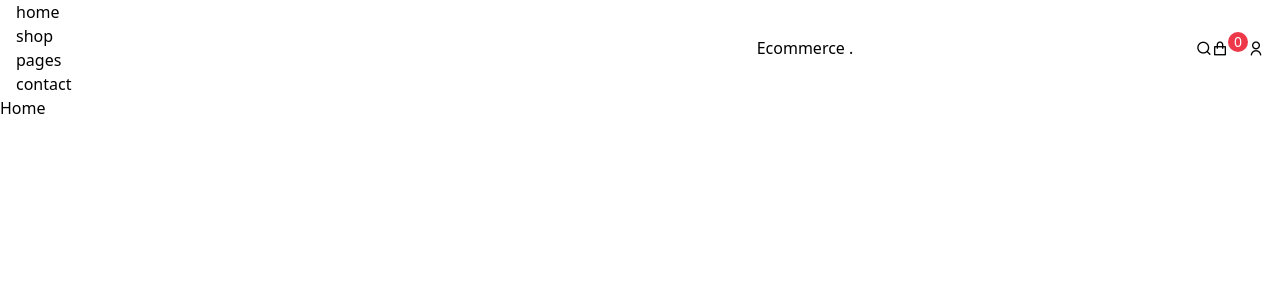
Repository: kommisetti23456/front-code
Page: /
The author's editor kept a copy of each file at every save. The page is drawn from the files as they stood at one save, then again after the next save.
The browser window is 1280 px wide. The pictures show the whole page.
The project was rebuilt for these pictures with package versions that can differ from the ones it lists, and the page was loaded fresh each time. Also part of the build but not shown: vite.config.js.

Above is the page before, as saved 2024-10-27 09:29:16.

### index.html
<!doctype html>
<html lang="en">
  <head>
    <meta charset="UTF-8" />
    <link rel="icon" type="image/svg+xml" href="/fav-icon.png" />
    <meta name="viewport" content="width=device-width, initial-scale=1.0" />
    <title>Mern Stack E-Commerce project</title>
  </head>
  <body>
    <div id="root"></div>
    <script type="module" src="/src/main.jsx"></script>
  </body>
</html>

### src/main.jsx
 // src/index.js or src/main.jsx
import { StrictMode } from 'react';
import { createRoot } from 'react-dom/client';
import './index.css';
import 'remixicon/fonts/remixicon.css';
import { RouterProvider } from 'react-router-dom';
import router from './routes/router.jsx';
import { Provider } from 'react-redux';
import store from './redux/store'; // // Use default import without curly braces

createRoot(document.getElementById('root')).render(
  <Provider store={store}>
    <RouterProvider router={router} />
  </Provider>
);

### src/routes/router.jsx
import React from 'react';
import { createBrowserRouter } from 'react-router-dom';
import App from '../App';
import Home from '../pages/Home';
// import CategoryPage from '../pages/CategoryPage';
// import Search from '../pages/Search';
// import Shop from '../pages/Shop';
// import Single from '../pages/Single';
// import Login from '../pages/Login';
// import Register from '../pages/Register';

const router = createBrowserRouter([
    {
        path: '/',
        element: <App />, // Main app component
        children: [
            {
                path: '/',
                element: <Home />, // Home component for the root path
            },
            // {
            //     path: '/categories/:categoryName',
            //     element: <CategoryPage />, // Matches category page
            // },
            // {
            //     path: '/search',
            //     element: <Search />,
            // },
            // {
            //     path: '/shop',
            //     element: <Shop />,
            // },
            // {
            //     path: '/shop/:id',
            //     element: <Single />,
            // },
        ],
    },
    // {
    //     path: '/login',
    //     element: <Login />,
    // },
    // {
    //     path: '/register',
    //     element: <Register />,
    // },
]);

export default router;

### src/redux/store.jsx
import { configureStore } from '@reduxjs/toolkit';
import cartReducer from './features/cartSlice'; // Adjust the path as needed

const store = configureStore({
  reducer: {
    cart: cartReducer,
    // You can add more reducers here if you have other slices
  },
});

export default store;

### src/App.jsx
 import React from 'react'
import Navbar from './components/Navbar'
import { Outlet } from 'react-router-dom'

 const App = () => {
   return (
    <>
    <Navbar/>
    <Outlet/>
    </>
   )
 }

 export default App

### src/pages/Home.jsx
 import React from 'react'

 const Home = () => {
   return (
     <div>Home</div>
   )
 }

 export default Home

### src/redux/features/cartSlice.jsx
import { createSlice } from '@reduxjs/toolkit';

const initialState = {
  items: [],
  totalQuantity: 0,
};

const cartSlice = createSlice({
  name: 'cart',
  initialState,
  reducers: {
    addToCart: (state, action) => { // Renamed here
      const existingItem = state.items.find(item => item.id === action.payload.id);
      if (existingItem) {
        existingItem.quantity += action.payload.quantity;
      } else {
        state.items.push({ ...action.payload });
      }
      state.totalQuantity += action.payload.quantity;
    },
    removeItem: (state, action) => {
      const existingItem = state.items.find(item => item.id === action.payload.id);
      if (existingItem) {
        state.totalQuantity -= existingItem.quantity;
        state.items = state.items.filter(item => item.id !== action.payload.id);
      }
    },
    clearCart: (state) => {
      state.items = [];
      state.totalQuantity = 0;
    },
    updateItemQuantity: (state, action) => {
      const existingItem = state.items.find(item => item.id === action.payload.id);
      if (existingItem) {
        const quantityDifference = action.payload.quantity - existingItem.quantity;
        existingItem.quantity = action.payload.quantity;
        state.totalQuantity += quantityDifference;
      }
    },
  },
});

// Export actions as named exports
export const { addToCart, removeItem, clearCart, updateItemQuantity } = cartSlice.actions;

// Export reducer as the default export
export default cartSlice.reducer;

### src/components/Navbar.jsx
  import React from 'react'
  import {Link} from "react-router-dom"

  const Navbar = () => {
    return (
    <header className='fixed-nav-bar w-nav'>
      <nav className="max-w-screen-2xl mx-auto px-4 flex justify-between items-center">

        <ul className='nav__links'>
          <li className='links'><Link to="/">
          home
          </Link></li>
          <li className='links'><Link to="/shop">
          shop
          </Link></li>
          <li className='links'><Link to="/">
          pages
          </Link></li>
          <li className='links'><Link to="/contact">
          contact
          </Link></li>
        </ul>
        <div className='nav__logo'>
        </div>
<Link to="/">Ecommerce <span>.</span></Link>
<div className='nav__icons relative'>
<span>
  <Link to="/search">
  <i className="ri-search-line"></i></Link>
</span>
<span>
  <button className='hover:text-primary'>
  <i class="ri-shopping-bag-line"></i>
  <sup className='text-sm inline-block px-1.5 text-white rounded-full bg-primary text-center'>0</sup>
  </button>
  </span>
  <span>
    <Link to="/login">
    <i class="ri-user-line"></i>
    </Link>
  </span>
</div>

      </nav>
    </header>
    )
  }

  export default Navbar

### tailwind.config.js
/** @type {import('tailwindcss').Config} */
export default {
  content: [
    "./index.html",
    "./src/**/*.{js,ts,jsx,tsx}",
  ],
  theme: {
    extend: {
      maxWidth: {
        'screen-2xl': '1400px',
        'custom-1200': '1200px',
        'custom-900': '900px',
      },
      colors: {
        'primary': '#ed3849',
        'primary-dark': "#d23141",
        'primary-light': '#f4e5ec',
        'text-dark': '#0f172a',
        'text-light': '#64748b',
        'extra-light': '#f8fafc'
      }
    },
  },
  plugins: [],
}

Loaded but not shown: src/index.css (common file)

After the next save:
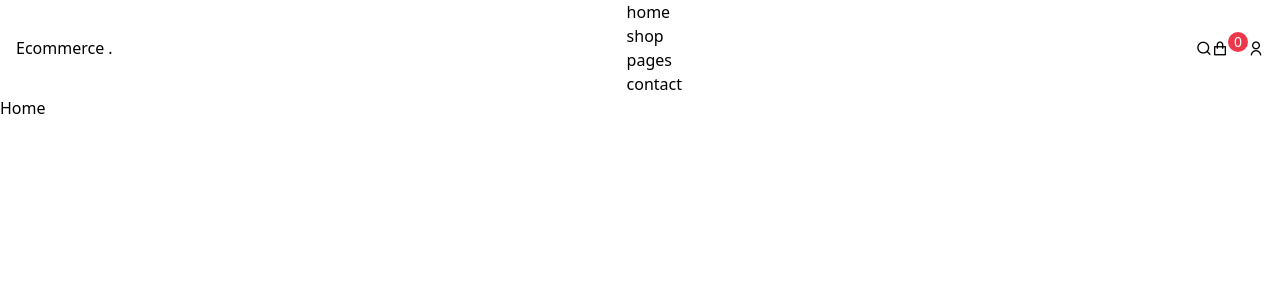
Saved 2 min 17 s later.
--- a/src/components/Navbar.jsx
+++ b/src/components/Navbar.jsx
@@ -1,49 +1,42 @@
-  import React from 'react'
-  import {Link} from "react-router-dom"
+import React from 'react';
+import { Link } from "react-router-dom";
 
-  const Navbar = () => {
-    return (
+const Navbar = () => {
+  return (
     <header className='fixed-nav-bar w-nav'>
       <nav className="max-w-screen-2xl mx-auto px-4 flex justify-between items-center">
+        <div className='nav__logo'>
+          <Link to="/">Ecommerce <span>.</span></Link>
+        </div>
 
         <ul className='nav__links'>
-          <li className='links'><Link to="/">
-          home
-          </Link></li>
-          <li className='links'><Link to="/shop">
-          shop
-          </Link></li>
-          <li className='links'><Link to="/">
-          pages
-          </Link></li>
-          <li className='links'><Link to="/contact">
-          contact
-          </Link></li>
+          <li className='link'><Link to="/">home</Link></li>
+          <li className='link'><Link to="/shop">shop</Link></li>
+          <li className='link'><Link to="/">pages</Link></li>
+          <li className='link'><Link to="/contact">contact</Link></li>
         </ul>
-        <div className='nav__logo'>
+
+        <div className='nav__icons relative'>
+          <span>
+            <Link to="/search">
+              <i className="ri-search-line"></i>
+            </Link>
+          </span>
+          <span>
+            <button className='hover:text-primary'>
+              <i className="ri-shopping-bag-line"></i>
+              <sup className='text-sm inline-block px-1.5 text-white rounded-full bg-primary text-center'>0</sup>
+            </button>
+          </span>
+          <span>
+            <Link to="/login">
+              <i className="ri-user-line"></i>
+            </Link>
+          </span>
         </div>
-<Link to="/">Ecommerce <span>.</span></Link>
-<div className='nav__icons relative'>
-<span>
-  <Link to="/search">
-  <i className="ri-search-line"></i></Link>
-</span>
-<span>
-  <button className='hover:text-primary'>
-  <i class="ri-shopping-bag-line"></i>
-  <sup className='text-sm inline-block px-1.5 text-white rounded-full bg-primary text-center'>0</sup>
-  </button>
-  </span>
-  <span>
-    <Link to="/login">
-    <i class="ri-user-line"></i>
-    </Link>
-  </span>
-</div>
-
       </nav>
     </header>
-    )
-  }
+  );
+}
 
-  export default Navbar
+export default Navbar;

After the save that followed:
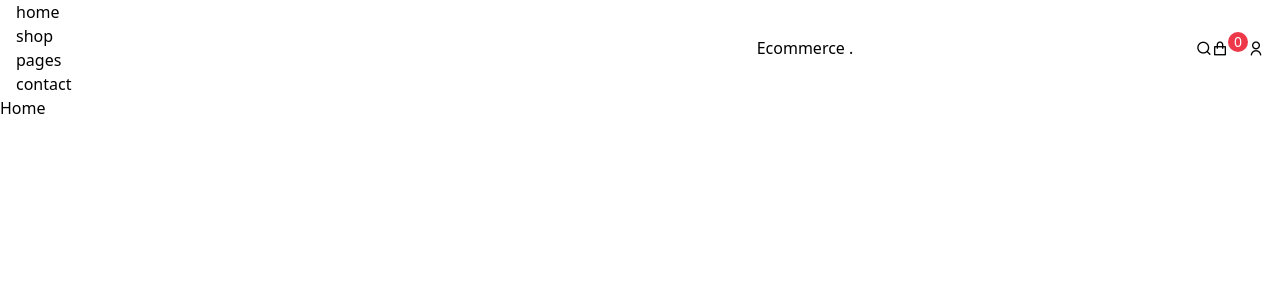
Saved 39 s later.
--- a/src/components/Navbar.jsx
+++ b/src/components/Navbar.jsx
@@ -1,42 +1,49 @@
-import React from 'react';
-import { Link } from "react-router-dom";
+  import React from 'react'
+  import {Link} from "react-router-dom"
 
-const Navbar = () => {
-  return (
+  const Navbar = () => {
+    return (
     <header className='fixed-nav-bar w-nav'>
       <nav className="max-w-screen-2xl mx-auto px-4 flex justify-between items-center">
-        <div className='nav__logo'>
-          <Link to="/">Ecommerce <span>.</span></Link>
-        </div>
 
         <ul className='nav__links'>
-          <li className='link'><Link to="/">home</Link></li>
-          <li className='link'><Link to="/shop">shop</Link></li>
-          <li className='link'><Link to="/">pages</Link></li>
-          <li className='link'><Link to="/contact">contact</Link></li>
+          <li className='link'><Link to="/">
+          home
+          </Link></li>
+          <li className='link'><Link to="/shop">
+          shop
+          </Link></li>
+          <li className='link'><Link to="/">
+          pages
+          </Link></li>
+          <li className='link'><Link to="/contact">
+          contact
+          </Link></li>
         </ul>
+        <div className='nav__logo'>
+        </div>
+<Link to="/">Ecommerce <span>.</span></Link>
+<div className='nav__icons relative'>
+<span>
+  <Link to="/search">
+  <i className="ri-search-line"></i></Link>
+</span>
+<span>
+  <button className='hover:text-primary'>
+  <i class="ri-shopping-bag-line"></i>
+  <sup className='text-sm inline-block px-1.5 text-white rounded-full bg-primary text-center'>0</sup>
+  </button>
+  </span>
+  <span>
+    <Link to="/login">
+    <i class="ri-user-line"></i>
+    </Link>
+  </span>
+</div>
 
-        <div className='nav__icons relative'>
-          <span>
-            <Link to="/search">
-              <i className="ri-search-line"></i>
-            </Link>
-          </span>
-          <span>
-            <button className='hover:text-primary'>
-              <i className="ri-shopping-bag-line"></i>
-              <sup className='text-sm inline-block px-1.5 text-white rounded-full bg-primary text-center'>0</sup>
-            </button>
-          </span>
-          <span>
-            <Link to="/login">
-              <i className="ri-user-line"></i>
-            </Link>
-          </span>
-        </div>
       </nav>
     </header>
-  );
-}
+    )
+  }
 
-export default Navbar;
+  export default Navbar
